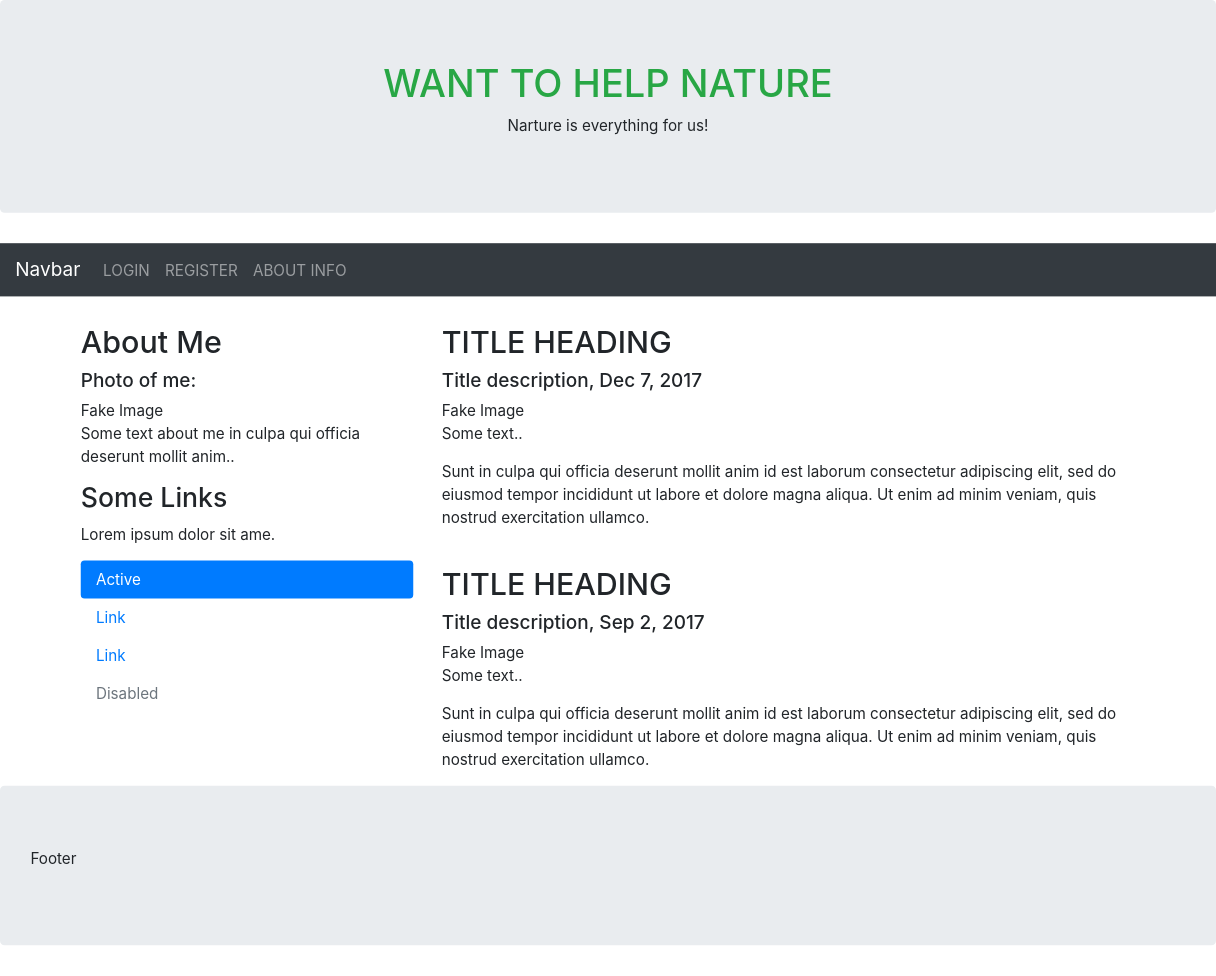
Repository: Apoorvasuswaram/cts
Page: appu/WebContent/main.html
The author's editor kept a copy of each file at every save. The page is drawn from the files as they stood at one save, then again after the next save.
The browser window is 1280 px wide. The pictures show the whole page, at 95% of full size.

Above is the page before, as saved 2020-01-18 11:48:29.

After the next save:
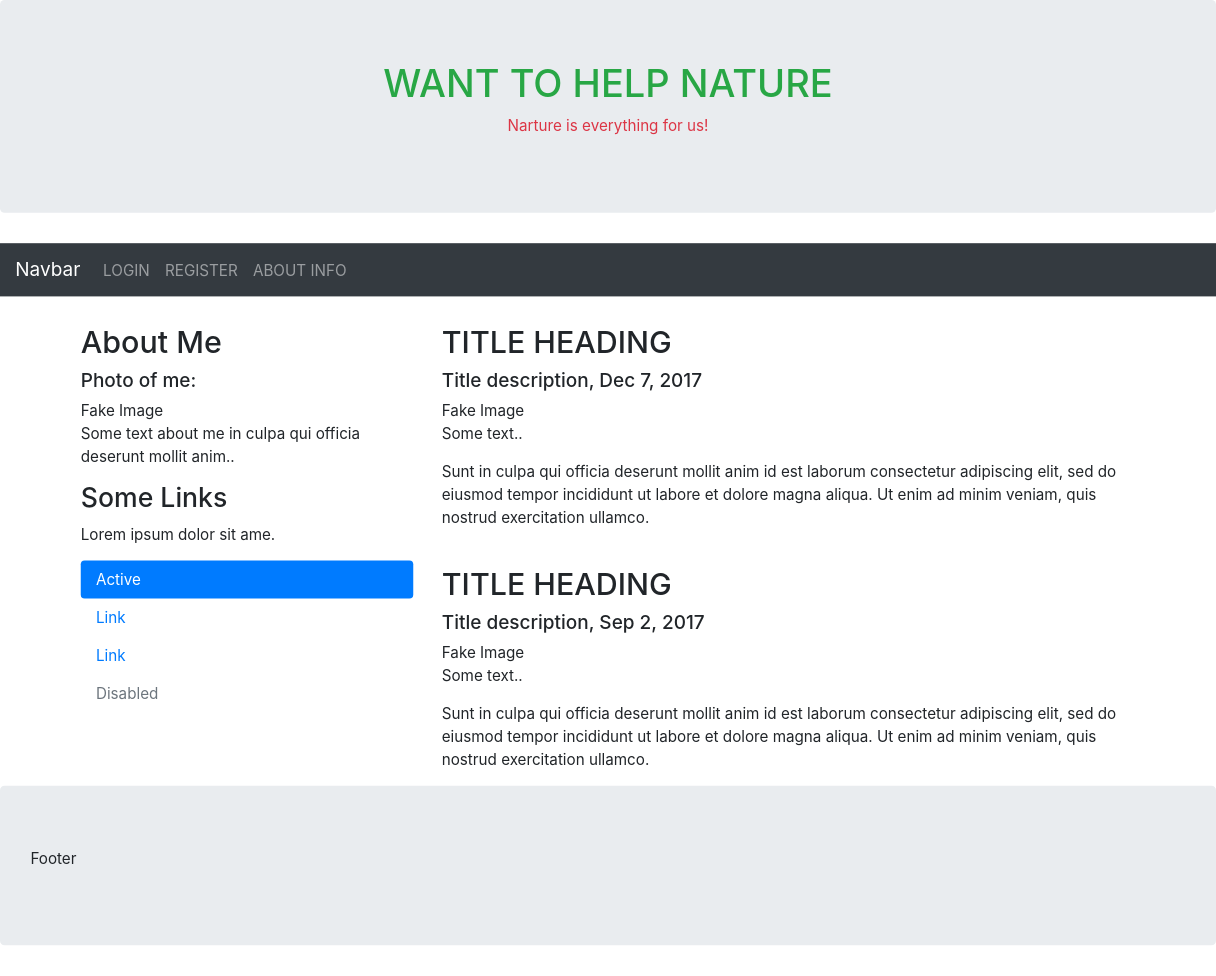
Saved 16 s later.
--- a/appu/WebContent/main.html
+++ b/appu/WebContent/main.html
@@ -20,7 +20,7 @@
 </head>
 <body>
 
-<div class="jumbotron text-center text-dander" style="margin-bottom:10" >
+<div class="jumbotron text-center text-danger" style="margin-bottom:10" >
   <h1 class="text-success">WANT TO HELP NATURE</h1>
   <p>Narture is everything for us!</p>
 </div>
